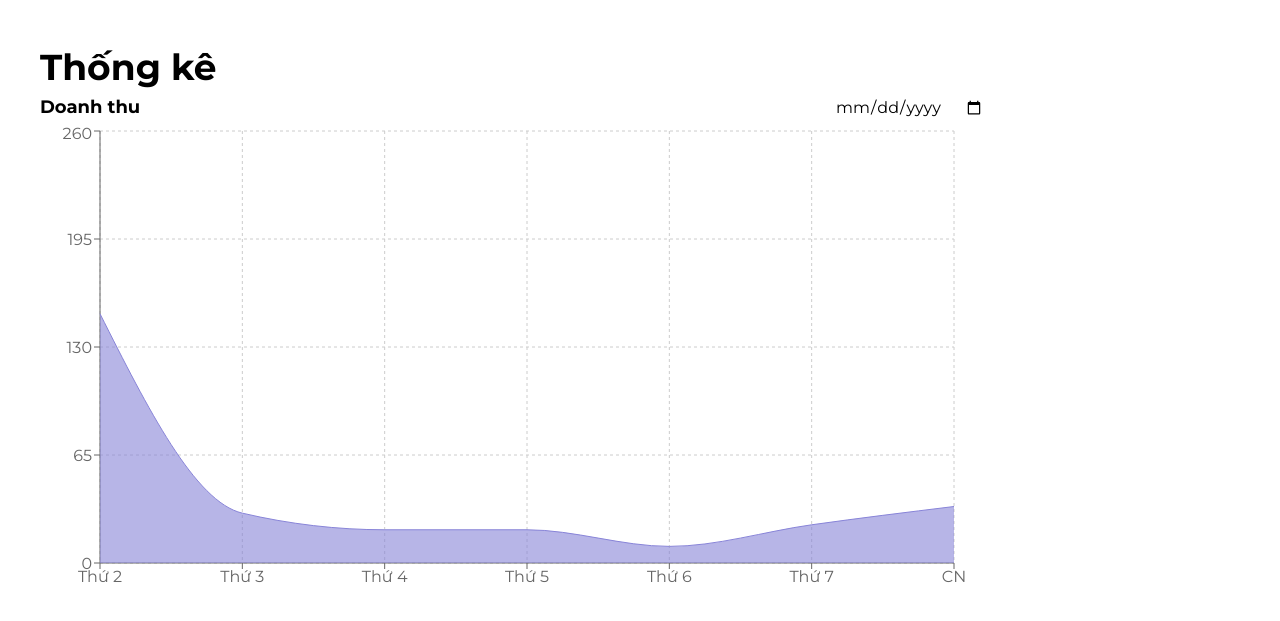
Repository: iphoneboy46/AltaMediaCMS
Page: /
An editor plug-in stored every save of this project. The page is shown before and after the next save, followed by the edit.
The browser window is 1280 px wide. The pictures show the whole page.
Some web libraries are served in a nearby version. The project was rebuilt for these pictures with package versions that can differ from the ones it lists, and the page was loaded fresh each time.

Above is the page before, as saved 2023-03-26 22:09:46.

### public/index.html
<!DOCTYPE html>
<html lang="en">
  <head>
    <meta charset="utf-8" />
    <link rel="icon" href="%PUBLIC_URL%/favicon.ico" />
    <meta name="viewport" content="width=device-width, initial-scale=1" />
    <meta name="theme-color" content="#000000" />
    <meta
      name="description"
      content="Web site created using create-react-app"
    />
    <link rel="apple-touch-icon" href="%PUBLIC_URL%/logo192.png" />
    <!--
      manifest.json provides metadata used when your web app is installed on a
      user's mobile device or desktop. See https://developers.google.com/web/fundamentals/web-app-manifest/
    -->
    <link rel="manifest" href="%PUBLIC_URL%/manifest.json" />
    <!--
      Notice the use of %PUBLIC_URL% in the tags above.
      It will be replaced with the URL of the `public` folder during the build.
      Only files inside the `public` folder can be referenced from the HTML.

      Unlike "/favicon.ico" or "favicon.ico", "%PUBLIC_URL%/favicon.ico" will
      work correctly both with client-side routing and a non-root public URL.
      Learn how to configure a non-root public URL by running `npm run build`.
    -->
    <link rel="stylesheet" href="https://cdnjs.cloudflare.com/ajax/libs/font-awesome/6.3.0/css/all.min.css" integrity="sha512-SzlrxWUlpfuzQ+pcUCosxcglQRNAq/DZjVsC0lE40xsADsfeQoEypE+enwcOiGjk/bSuGGKHEyjSoQ1zVisanQ==" crossorigin="anonymous" referrerpolicy="no-referrer" />
    <title>React App</title>
  </head>
  <body>
    <noscript>You need to enable JavaScript to run this app.</noscript>
    <div id="root"></div>
    <!--
      This HTML file is a template.
      If you open it directly in the browser, you will see an empty page.

      You can add webfonts, meta tags, or analytics to this file.
      The build step will place the bundled scripts into the <body> tag.

      To begin the development, run `npm start` or `yarn start`.
      To create a production bundle, use `npm run build` or `yarn build`.
    -->
  </body>
</html>

### src/App.tsx

import './App.css';
import Home from './components/Home/Home';
import MenuBar from './components/Menu/MenuBar';

function App() {
  return (
    <div className="App">
      {/* <MenuBar /> */}
      <Home />
    </div>
  );
}

export default App;

### src/App.css
@import url('https://fonts.googleapis.com/css2?family=Montserrat:wght@300;400;500;700&display=swap');

*{
  margin: 0;
  padding: 0;
  box-sizing: border-box;
  font-family: 'Montserrat', sans-serif;
}

### src/components/Home/Home.tsx
import React from 'react'
import Charts from '../Charts/Charts'

function Home() {
  return (
    <div className="w-[80%] bg-[white] p-10">
        <div className="">
            <h1 className="text-[black] text-[36px] font-[700]">Thống kê</h1>
        </div>
        <div className="flex items-center justify-between">
           <div> <h2 className="text-[black] text-[18px] font-[600]">Doanh thu</h2></div>
           <div>
             <input className="" type="date" value="" />
           </div>
        </div>
        <Charts />
    </div>
  )
}

export default Home

### src/components/Charts/Charts.tsx
import React from "react";
import {
  AreaChart,
  Area,
  XAxis,
  YAxis,
  CartesianGrid,
  Tooltip,
  ResponsiveContainer,
} from "recharts";
function Charts() {
  const data = [
    {

      name: "Thứ 2",

      uv: 150,

    },
    {
      name: "Thứ 3",
      uv: 30,

    },
    {
      name: "Thứ 4",
      uv: 20,

    },
    {
      name: "Thứ 5",
      uv: 20,

    },
    {
      name: "Thứ 6",
      uv: 10,

    },
    {
      name: "Thứ 7",
      uv: 23,

    },
    {
      name: "CN",
      uv: 34,

    },
  ];

  return (
    <div className="w-[100%] h-[100%] bg-yellowMain">
      <ResponsiveContainer width="100%" aspect={2}>
        <AreaChart
          width={500}
          height={400}
          data={data}
          margin={{
            top: 10,
            right: 30,
            left: 0,
            bottom: 0,
          }}
        >
          <CartesianGrid strokeDasharray="3 3" />
          <XAxis dataKey="name" />
          <YAxis dataKey="label" type="number" domain={[0, 260]} />
          <Tooltip />
          <Area
            type="monotone"
            dataKey="uv"
            stackId="1"
            stroke="#8884d8"
            fill="#8884d8"
          />
        </AreaChart>
      </ResponsiveContainer>
    </div>
  );
}

export default Charts;

### tailwind.config.js

module.exports = {
  content: [
    "./src/**/*.{js,jsx,ts,tsx}",
    ],
  theme: {
    extend: {},
    colors:{
        'yellowMain':"#FFB800",
         'background' :"#E5E5E5"

    }
  },
  plugins: [],
}

Loaded but not shown: src/index.tsx (common file); src/index.css (common file); src/reportWebVitals.ts (common file)

After the next save:
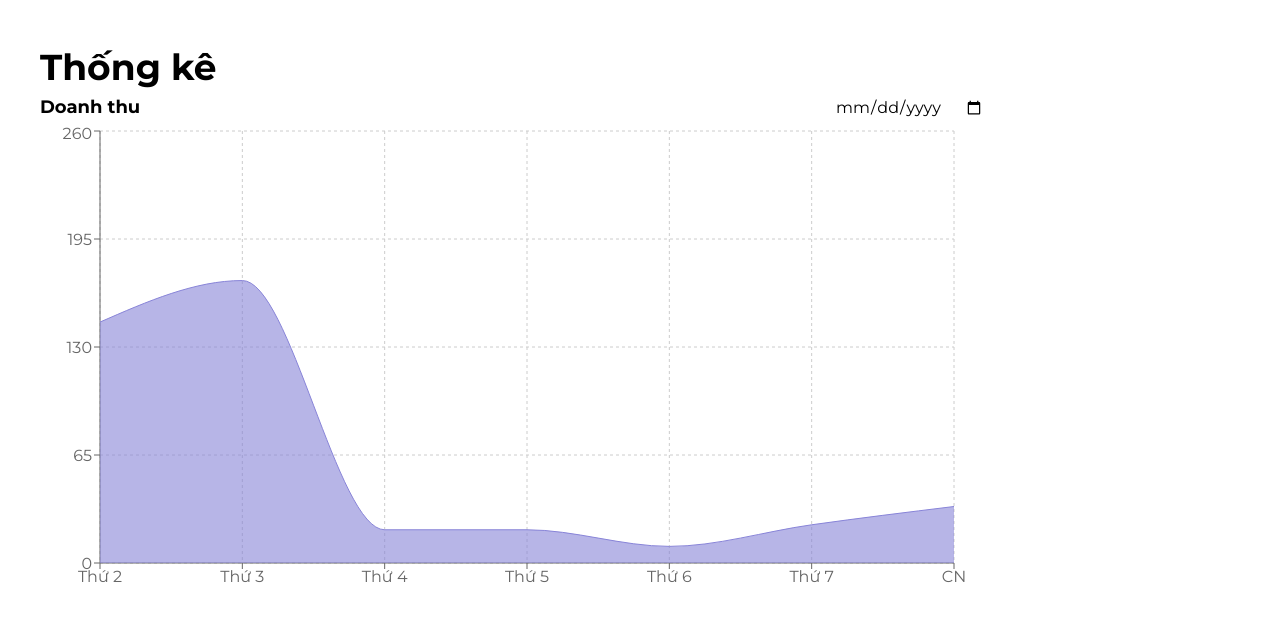
Saved 41 s later.
--- a/src/components/Charts/Charts.tsx
+++ b/src/components/Charts/Charts.tsx
@@ -14,12 +14,12 @@ function Charts() {
 
       name: "Thứ 2",
 
-      uv: 150,
+      uv: 145,
 
     },
     {
       name: "Thứ 3",
-      uv: 30,
+      uv: 170,
 
     },
     {
